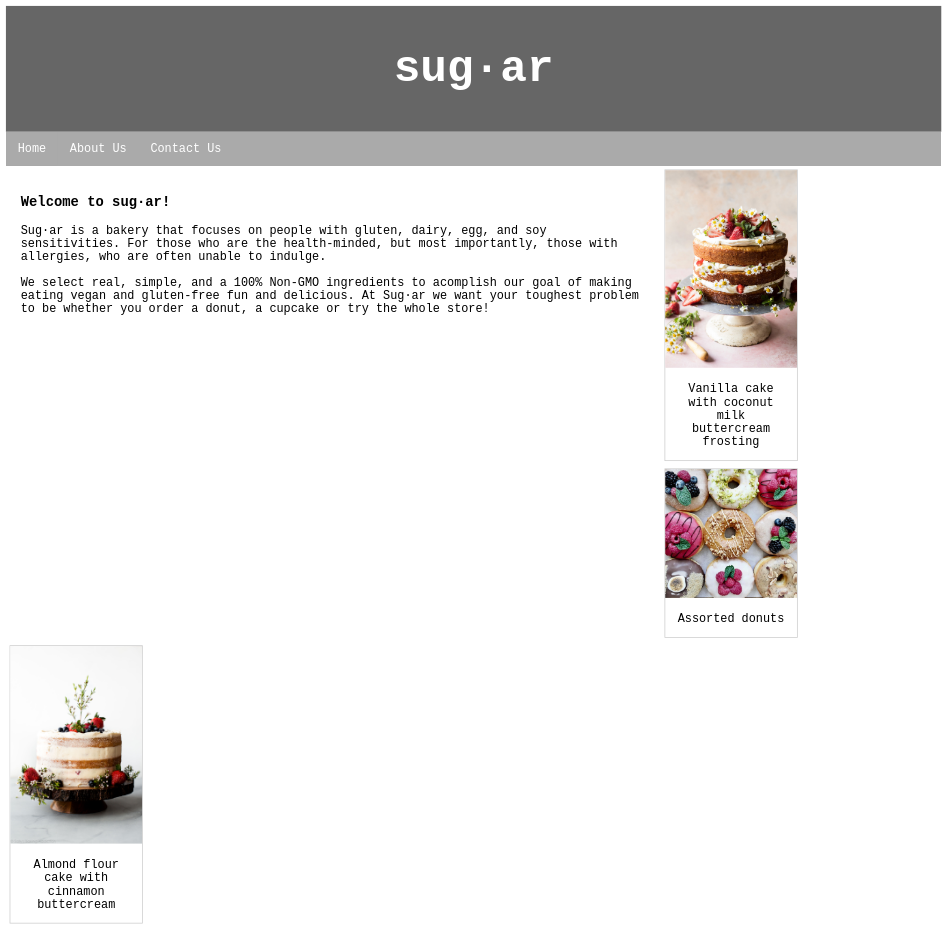
Repository: lavaghimire/lavaghimire.github.io
Page: WEBSITE/website.html
The author's editor kept a record of every edit. The page is drawn from the files as they stood at one moment, then again after the next edit.
The browser window is 1280 px wide. The pictures show the whole page, at 74% of full size.

Above is the page before.

### WEBSITE/website.html
<!DOCTYPE html>
<html lang="en">
<head>
<meta charset="utf-8">
<meta name="viewport" content="width=device-width, initial-scale=1">
<style>
* {
  box-sizing: border-box;
}

body {
  font-family:  Courier New;
}

/* Start of gallery */

div.gallery {
  margin: 5px;
  border: 1px solid #ccc;
  float: left;
  width: 180px;
}

div.gallery:hover {
  border: 1px solid #777;
}

div.gallery img {
  width: 100%;
  height: auto;
}

div.desc {
  padding: 15px;
  text-align: center;
}
/* end of gallery */

/* Style the header */
header {
  background-color: #666;
  padding: 1px;
  text-align: center;
  font-size: 40px;
  color: white;
}

/* nav bar starts here */
ul {
  list-style-type: none;
  margin: 0;
  padding: 0;
  overflow: hidden;
  background-color: #aaa;
  position: -webkit-sticky; /* Safari */
  position: sticky;
  top: 0;

}

li {
  float: left;
}

li a {
  display: block;
  color: white;
  text-align: center;
  padding: 14px 16px;
  text-decoration: none;
}

li a:hover {
  background-color: #111;
}

.active {
  background-color: #aaa;
}
/* nav bar ends here */

/* Clear floats after the columns */
section:after {
  content: "";
  display: table;
  clear: both;
}
article {
  float: left;
  padding: 20px;
  width: 70%;
  background-color: white;
  height: 600px; /* only for demonstration, should be removed */

}
</style>
</head>
<body>
<section>

<header>
  <h2>sug·ar</h2>

</header>

<ul>
  <li><a class="active" href="Website.html">Home</a></li>
  <li><a href="aboutus.html">About Us</a></li>
  <li><a href="#contact">Contact Us</a></li>
</ul>



  <article>
    <h1>Welcome to sug·ar!</h1>
    <p>Sug·ar is a bakery that focuses on people with gluten, dairy, egg, and soy sensitivities. For those who are
    the health-minded, but most importantly, those with allergies, who are often unable to indulge.</p>
    <p>We select real, simple, and a 100% Non-GMO ingredients to acomplish our goal of making eating vegan
    and gluten-free fun and delicious. At Sug·ar we want your toughest problem to be whether you order a donut, a cupcake or try the whole store! </p>
  </article>

  <div class="gallery">
  <a target="_blank" href="cake.jpg">
    <img src="cake.jpg" alt="Cinque Terre" width="600" height="400">
  </a>
  <div class="desc">Vanilla cake with coconut milk buttercream frosting</div>
</div>

<div class="gallery">
  <a target="_blank" href="donuts.jpg">
    <img src="donuts.jpg" alt="Northern Lights" width="600" height="400">
  </a>
   <div class="desc">Assorted donuts</div>
</div>

<div class="gallery">
  <a target="_blank" href="naked-cake-2.jpg">
    <img src="naked-cake-2.jpg" alt="Cake" width="600" height="500">
  </a>
  <div class="desc">Almond flour cake with cinnamon buttercream </div></div>
</div>



</section>



</body>
</html>

After the next edit:
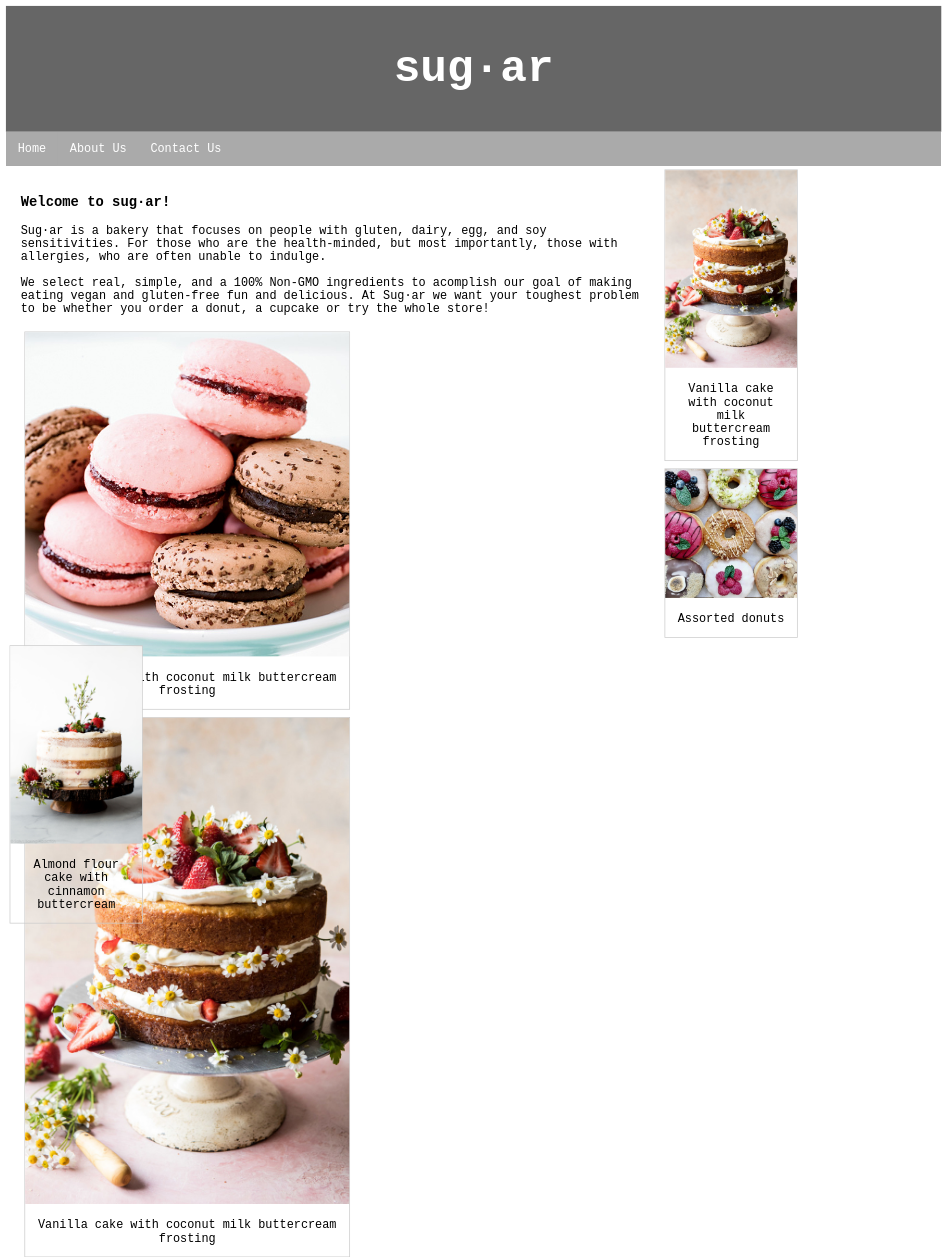
The edit:
--- a/WEBSITE/website.html
+++ b/WEBSITE/website.html
@@ -11,6 +11,29 @@
 body {
   font-family:  Courier New;
 }
+
+/* Start of picture */
+div.picture {
+  margin: 5px;
+  border: 1px solid #ccc;
+  float: left;
+  width: 440px;
+}
+
+div.picture:hover {
+  border: 1px solid #777;
+}
+
+div.picture img {
+  width: 100%;
+  height: auto;
+}
+
+div.desc {
+  padding: 15px;
+  text-align: center;
+}
+/* end of picture */
 
 /* Start of gallery */
 
@@ -117,18 +140,31 @@
     the health-minded, but most importantly, those with allergies, who are often unable to indulge.</p>
     <p>We select real, simple, and a 100% Non-GMO ingredients to acomplish our goal of making eating vegan
     and gluten-free fun and delicious. At Sug·ar we want your toughest problem to be whether you order a donut, a cupcake or try the whole store! </p>
+     <div class="picture">
+  <a target="_blank" href="mac.jpg">
+    <img src="mac.jpg" alt="Cake" width="1000" height="800">
+  </a>
+  <div class="desc">Vanilla cake with coconut milk buttercream frosting</div>
+</div>
+
+<div class="picture">
+  <a target="_blank" href="cake.jpg">
+    <img src="cake.jpg" alt="Cake" width="1000" height="800">
+  </a>
+  <div class="desc">Vanilla cake with coconut milk buttercream frosting</div>
+</div>
   </article>
 
   <div class="gallery">
   <a target="_blank" href="cake.jpg">
-    <img src="cake.jpg" alt="Cinque Terre" width="600" height="400">
+    <img src="cake.jpg" alt="Cake" width="1000" height="800">
   </a>
   <div class="desc">Vanilla cake with coconut milk buttercream frosting</div>
 </div>
 
 <div class="gallery">
   <a target="_blank" href="donuts.jpg">
-    <img src="donuts.jpg" alt="Northern Lights" width="600" height="400">
+    <img src="donuts.jpg" alt="donut" width="600" height="400">
   </a>
    <div class="desc">Assorted donuts</div>
 </div>
@@ -141,7 +177,6 @@
 </div>
 
 
-
 </section>
 
 
